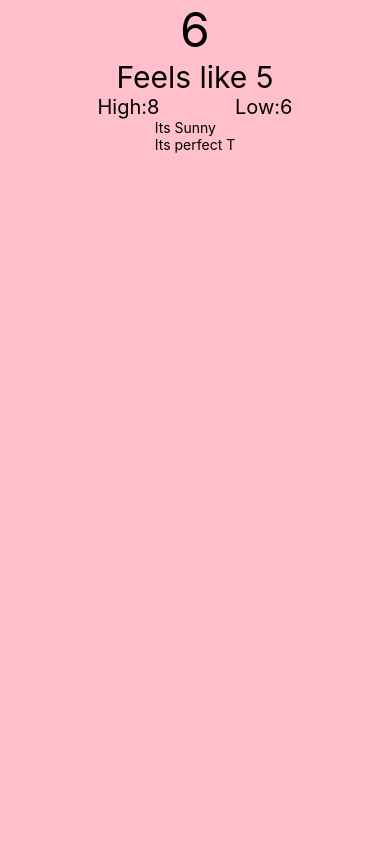
Repository: RossDee/WeatherApp
Screen: /
The author's editor kept a copy of each file at every save. The screen is drawn from the files as they stood at one save, then again after the next save.
The app was drawn by React Native's web renderer in a window 390 px wide. The project was rebuilt for these pictures with package versions that can differ from the ones it lists, and the page was loaded fresh each time.

Above is the screen before, as saved 2023-10-14 21:05:14.

After the next save:
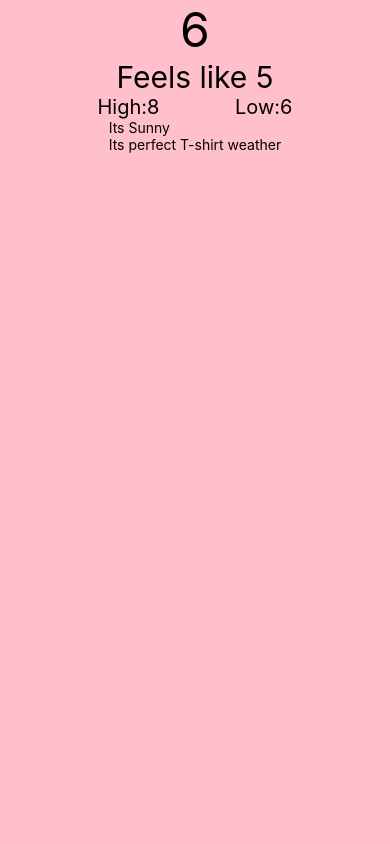
Saved 4 s later.
--- a/App.js
+++ b/App.js
@@ -12,7 +12,7 @@ const App = () => {
         <Text style = {style.highLow}>Low:6</Text>
       </View>
       <View><Text>Its Sunny</Text>
-      <Text>Its perfect T</Text></View>
+      <Text>Its perfect T-shirt weather</Text></View>
     </View>
     </SafeAreaView>
   )
